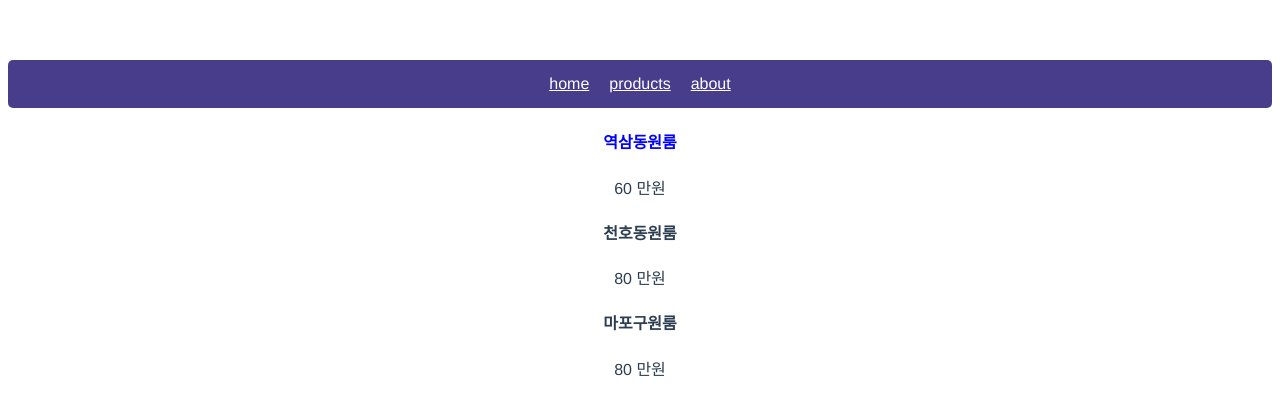
Repository: jy0813/Function
Page: / (app in function/)
These files come from the project's save history. The page is drawn as it stood at one moment and after the next save; the edit follows.
The browser window is 1280 px wide. The pictures show the whole page.
The project was rebuilt for these pictures with package versions that can differ from the ones it lists, and the page was loaded fresh each time.

Above is the page before, as saved 2022-02-23 14:31:02.

After the next save:
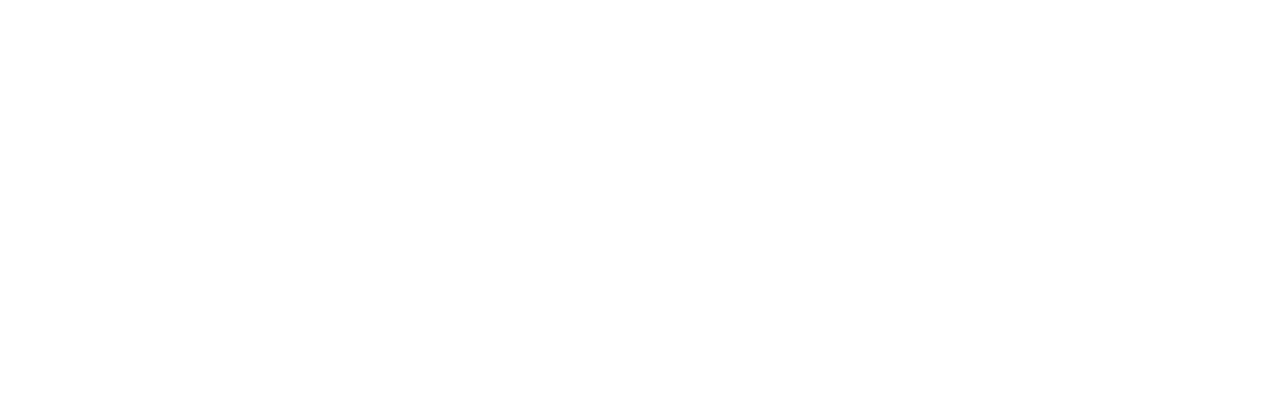
Console error: ReferenceError: 홈 is not defined
Saved 3 min 46 s later.
--- a/function/src/App.vue
+++ b/function/src/App.vue
@@ -1,8 +1,6 @@
 <template>
 <div class="menu">
-  <a href="">home</a>
-  <a href="">products</a>
-  <a href="">about</a>
+  <a v-for="(item, index) in menu" :key="menu"></a>
   </div>
 <div>
   <h4 :style="style">{{products[0]}}</h4>
@@ -30,6 +28,7 @@
       price3: 100,
       style : 'color : blue',
       products:['역삼동원룸','천호동원룸','마포구원룸'],
+      menu:[홈,원룸,투룸],
     }
   }
 }

After the save that followed:
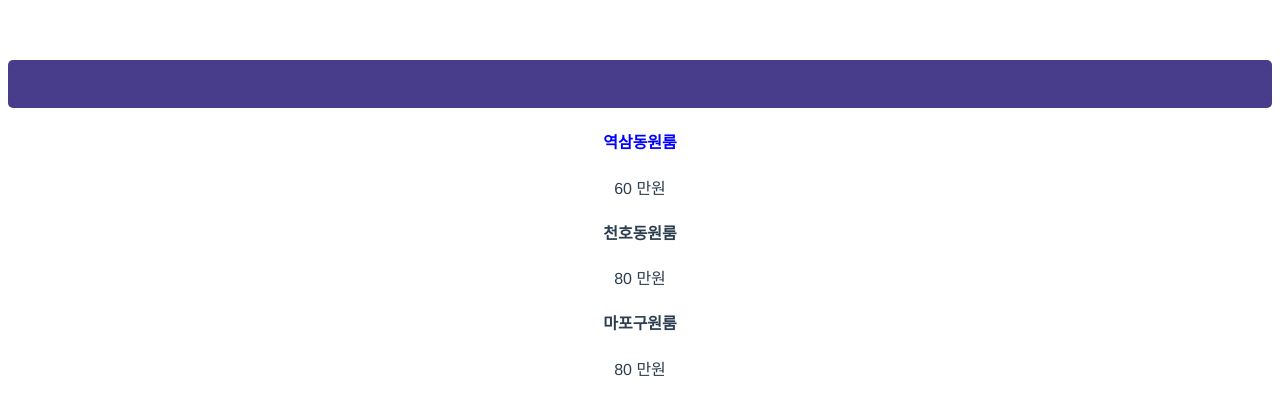
The error is gone.
Saved 59 s later.
--- a/function/src/App.vue
+++ b/function/src/App.vue
@@ -28,7 +28,7 @@
       price3: 100,
       style : 'color : blue',
       products:['역삼동원룸','천호동원룸','마포구원룸'],
-      menu:[홈,원룸,투룸],
+      menu:['Home','Shop','About'],
     }
   }
 }
